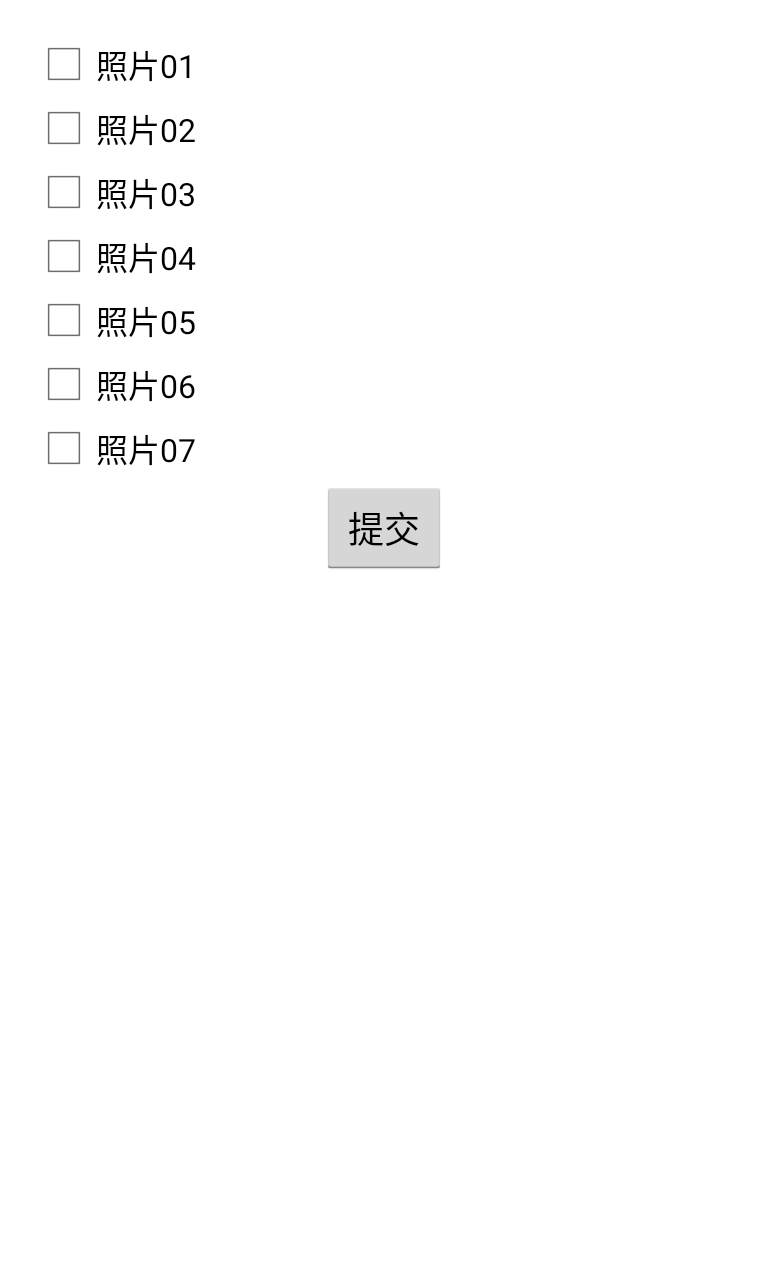
Repository: xuelang201201/Android
Layout: Android基础/CheckBox/res/layout/activity_main.xml
An editor plug-in stored every save of this project. The layout is shown before and after the next save, followed by the edit.
It is drawn on a 768 x 1280 px phone screen (xhdpi) without system bars, with theme AppTheme; the app's code is not run.

Above is the layout before, as saved 2016-01-28 05:52:53.

After the next save:
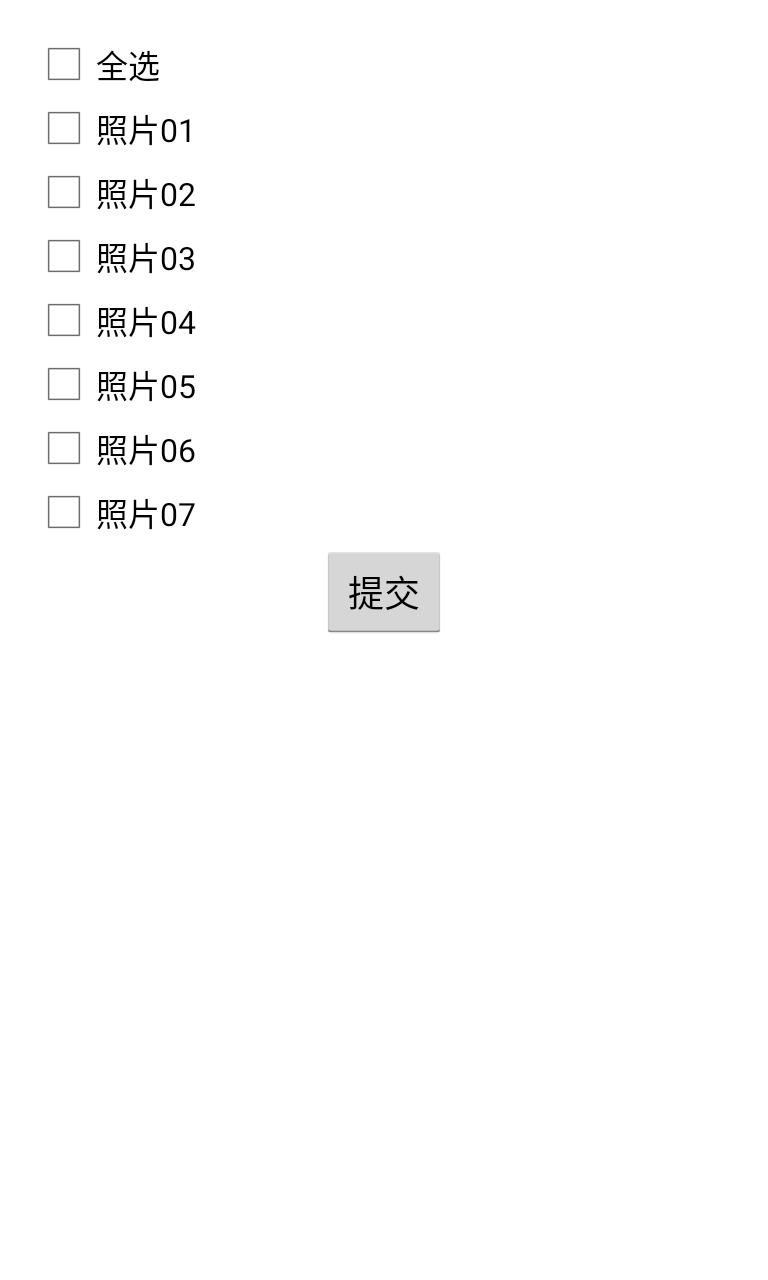
Saved 3 min 18 s later.
--- a/Android基础/CheckBox/res/layout/activity_main.xml
+++ b/Android基础/CheckBox/res/layout/activity_main.xml
@@ -9,6 +9,11 @@
     android:paddingTop="@dimen/activity_vertical_margin"
     tools:context=".MainActivity" >
 
+    <CheckBox
+        android:id="@+id/check_all"
+        android:layout_width="wrap_content"
+        android:layout_height="wrap_content"
+        android:text="全选" />
     <CheckBox
         android:id="@+id/cb_photo_1"
         android:layout_width="wrap_content"
